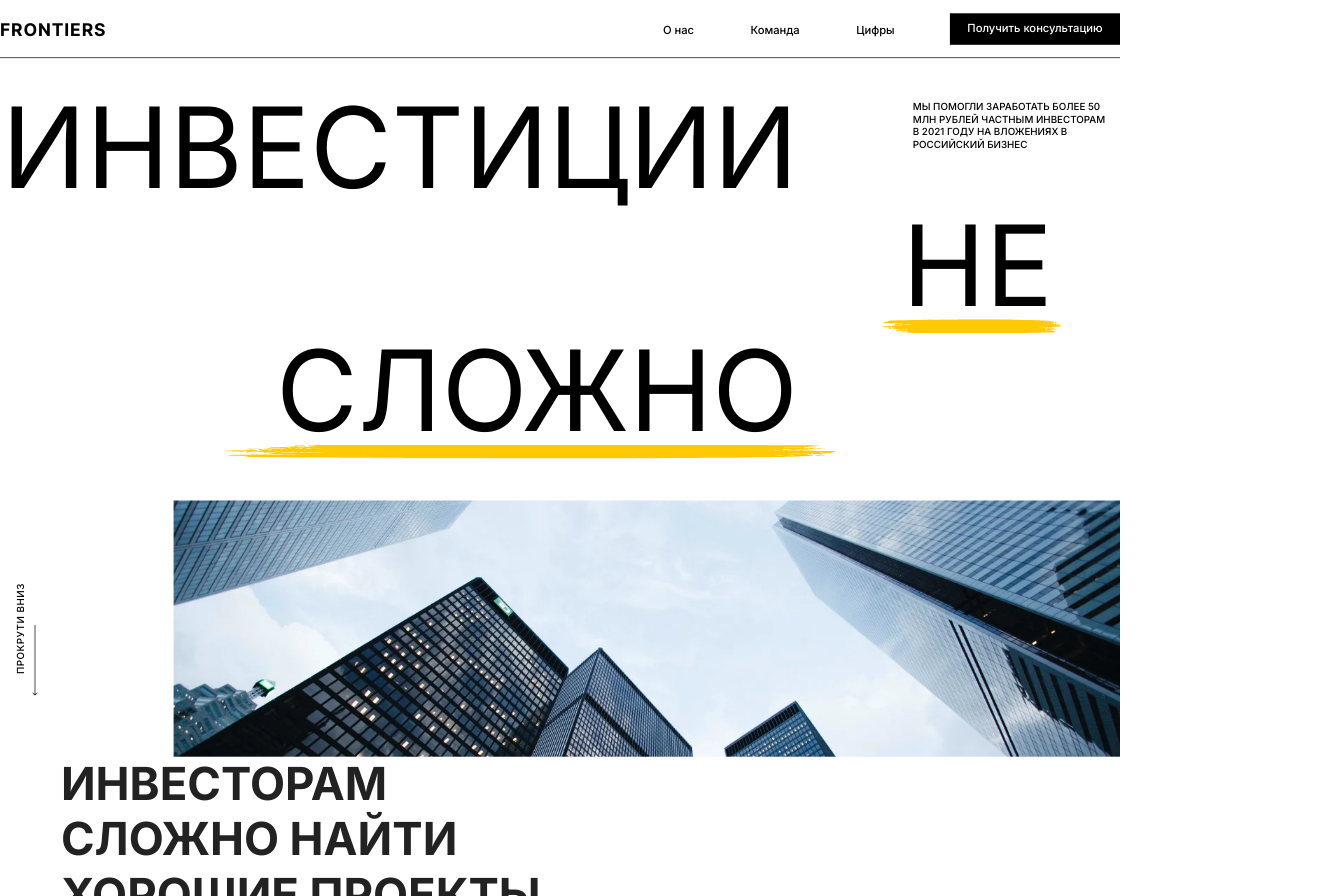
Repository: NadyaKorvin/frontiers
Page: /
An editor plug-in stored every save of this project. The page is shown before and after the next save, followed by the edit.
The browser window is 1280 px wide. The page is 1920 px wide, so the pictures cover 1920 px, including what lies to the right of the window. The pictures show the part of the page from y = 0 to 1280 px (the page is 2633 px tall), at 70% of full size.
The project was rebuilt for these pictures with package versions that can differ from the ones it lists, and the page was loaded fresh each time.

Above is the page before, as saved 2022-05-26 17:48:37.

### public/index.html
<!DOCTYPE html>
<html lang="en">
  <head>
    <meta charset="utf-8" />
    <link rel="icon" href="%PUBLIC_URL%/favicon.ico" />
    <meta name="viewport" content="width=device-width, initial-scale=1" />
    <meta name="theme-color" content="#000000" />
    <meta name="description" content="Web site created using create-react-app" />
    <link rel="apple-touch-icon" href="%PUBLIC_URL%/logo192.png" />
    <link rel="manifest" href="%PUBLIC_URL%/manifest.json" />
    <link rel="preconnect" href="https://fonts.googleapis.com" />
    <link rel="preconnect" href="https://fonts.gstatic.com" crossorigin />
    <link href="https://fonts.googleapis.com/css2?family=Inter:wght@300;400;500;700&display=swap" rel="stylesheet" />
    <title>FRONTIERS</title>
  </head>
  <body>
    <noscript>You need to enable JavaScript to run this app.</noscript>
    <div id="root"></div>
  </body>
</html>

### src/index.js
import React from "react"
import ReactDOM from "react-dom/client"

import App from "./App"

const root = ReactDOM.createRoot(document.getElementById("root"))
root.render(
  <React.StrictMode>
    <App />
  </React.StrictMode>
)

### src/App.js
import { useState } from "react";
import "./App.css";
import { SecondScreenAnimation } from "./components/secondScreen/SecondScreenAnimation";
import FirstScreen from "./components/firstScreen/FirstScreen";
import LastScreen from "./components/lastScreen/LastScreen";

function App() {
  const [mousePosition, setMousePosition] = useState("");

  const listenUpperMousePosition = (event) => {
    console.log(event);
    console.log(event.target);
    setMousePosition(event.target);
  };

  return (
    <>
      <FirstScreen />
      <div className="App">
        <SecondScreenAnimation listenMousePosition={listenUpperMousePosition} />
      </div>
      <LastScreen />
    </>
  );
}
export default App;

### src/App.css
@import url("./reset.css");
@import url("./components/secondScreen/SecondScreen.css");
@import url("./font/font.css");
@import url("./components/firstScreen/FirstScreen.css");
@import url("./components/lastScreen/LastScreen.css");
@import url("./components/button/Button.css");
@import url("./components/form/Form.css");

body {
  font-family: "Inter";
}

### src/components/secondScreen/SecondScreenAnimation.js
export function SecondScreenAnimation({ listenMousePosition, mousePosition }) {
  let goUp = ""
  const goUpBlackLines = (mousePosition) => {
    if (mousePosition === "animation__text_first_part") {
      goUp = "up"
      return goUp
    }
  }
  goUpBlackLines(mousePosition)
  console.log(goUp)
  return (
    <div className="animation__text_block">
      {goUp != "up" ? (
        <div>
          <div className="animation__text" onMouseOver={listenMousePosition}>
            <p className="animation__text_first_part">Инвесторам сложно найти хорошие проекты,</p>
            <p className="animation__text_second_part">а хорошим проектам — инвестиции.</p>
          </div>
          <div className="animation__black_lines">
            <div className="animation__1th_black_line"></div>
            <div className="animation__2th_black_line"></div>
            <div className="animation__3th_black_line"></div>
          </div>
        </div>
      ) : (
        <div>
          <div className="animation__text" onMouseOver={listenMousePosition}>
            <p className="animation__text_first_part" style={{ color: "#fff" }}>
              Инвесторам сложно найти хорошие проекты,
            </p>
            <p className="animation__text_second_part" style={{ color: "#000" }}>
              а хорошим проектам — инвестиции.
            </p>
          </div>
          <div className="animation__black_lines">
            <div className="animation__1th_black_line" style={{ width: "484px", marginTop: "-475px" }}></div>
            <div className="animation__2th_black_line" style={{ width: "586px" }}></div>
            <div className="animation__3th_black_line" style={{ width: "722px" }}></div>
          </div>
        </div>
      )}
    </div>
  )
}

### src/components/lastScreen/LastScreen.js
import React from "react";
import Form from "../form/Form"
import LogoKojo from "./LogoKojo"

export default function LastScreen() {
  return (
    <>
      <section className="lastscreen">
        <div className="lastscreen__wrapper">
          <div className="lastscreen__left_content">
            <p>
              ОТПРАВЬТЕ НАМ ЗАЯВКУ НА КОНСУЛЬТАЦИЮ И МЫ ПОДБЕРЕМ ДЛЯ ВАС
              НАИБОЛЕЕ ПОДХОДЯЩУЮ СТРАТЕГИЮ
            </p>
          </div>
          <div className="lastscreen__right_content">
            <div className="lastscreen__text_form">
              <p>ЗАПОЛНИТЕ ФОРМУ И МЫ С ВАМИ СВЯЖЕМСЯ В БЛИЖАЙШЕЕ ВРЕМЯ</p>
            </div>
            <Form />
          </div>
        </div>
        <footer className="lastscreen__footer">
          <div className="lastscreen__contact">
            <p>КОНТАКТЫ</p>
            <p>Санкт-Петербург, Невский пр-кт, 71 (5 этаж)</p>
            <p>+7 000 987 6543</p>
            <p><a href="mailto:info@frontiers.ru" >info@frontiers.ru</a></p>
          </div>
          <div className="lastscreen__design">
            <p>Дизайн и разработка</p>
            <LogoKojo />
          </div>
          <div className="lastscreen__frontiers">
            <p>FRONTIERS</p>
            <p>Политика конфиденциальности</p>
            <p>© 2022 Frontiers Group</p>
          </div>
        </footer>
      </section>
    </>
  );
}

### src/reset.css
html,
body,
div,
span,
applet,
object,
iframe,
h1,
h2,
h3,
h4,
h5,
h6,
p,
blockquote,
pre,
a,
abbr,
acronym,
address,
big,
cite,
code,
del,
dfn,
em,
img,
ins,
kbd,
q,
s,
samp,
small,
strike,
strong,
sub,
sup,
tt,
var,
b,
u,
i,
center,
dl,
dt,
dd,
ol,
ul,
li,
fieldset,
form,
label,
legend,
table,
caption,
tbody,
tfoot,
thead,
tr,
th,
td,
article,
aside,
canvas,
details,
embed,
figure,
figcaption,
footer,
header,
hgroup,
menu,
nav,
output,
ruby,
section,
summary,
time,
mark,
audio,
video {
  margin: 0;
  padding: 0;
  border: 0;
  font-size: 100%;
  font: inherit;
  vertical-align: baseline;
}

:focus {
  outline: 0;
}

article,
aside,
details,
figcaption,
figure,
footer,
header,
hgroup,
menu,
nav,
section {
  display: block;
}

body {
  line-height: 1;
}

ol,
ul {
  list-style: none;
}

blockquote,
q {
  quotes: none;
}

blockquote:before,
blockquote:after,
q:before,
q:after {
  content: "";
  content: none;
}

table {
  border-collapse: collapse;
  border-spacing: 0;
}

input[type="search"]::-webkit-search-cancel-button,
input[type="search"]::-webkit-search-decoration,
input[type="search"]::-webkit-search-results-button,
input[type="search"]::-webkit-search-results-decoration {
  -webkit-appearance: none;
  -moz-appearance: none;
}

input[type="search"] {
  -webkit-appearance: none;
  -moz-appearance: none;
  -webkit-box-sizing: content-box;
  -moz-box-sizing: content-box;
  box-sizing: content-box;
}

textarea {
  overflow: auto;
  vertical-align: top;
  resize: vertical;
}

[hidden] {
  display: none;
}

html {
  font-size: 100%; /* 1 */
  -webkit-text-size-adjust: 100%; /* 2 */
  -ms-text-size-adjust: 100%; /* 2 */
}

a:focus {
  outline: thin dotted;
}

a:active,
a:hover {
  outline: 0;
}

img {
  border: 0;
  -ms-interpolation-mode: bicubic;
}

figure {
  margin: 0;
}

form {
  margin: 0;
}

fieldset {
  border: 1px solid #c0c0c0;
  margin: 0 2px;
  padding: 0.35em 0.625em 0.75em;
}

legend {
  border: 0; /* 1 */
  padding: 0;
  white-space: normal; /* 2 */
  *margin-left: -7px; /* 3 */
}

button,
input,
select,
textarea {
  font-size: 100%; /* 1 */
  margin: 0; /* 2 */
  vertical-align: baseline; /* 3 */
  *vertical-align: middle; /* 3 */
}

button,
input {
  line-height: normal;
}

button,
select {
  text-transform: none;
}

button,
html input[type="button"], /* 1 */
input[type="reset"],
input[type="submit"] {
  -webkit-appearance: button; /* 2 */
  cursor: pointer; /* 3 */
  *overflow: visible; /* 4 */
}

button[disabled],
html input[disabled] {
  cursor: default;
}

input[type="checkbox"],
input[type="radio"] {
  box-sizing: border-box; /* 1 */
  padding: 0; /* 2 */
  *height: 13px; /* 3 */
  *width: 13px; /* 3 */
}

input[type="search"] {
  -webkit-appearance: textfield; /* 1 */
  -moz-box-sizing: content-box;
  -webkit-box-sizing: content-box; /* 2 */
  box-sizing: content-box;
}

input[type="search"]::-webkit-search-cancel-button,
input[type="search"]::-webkit-search-decoration {
  -webkit-appearance: none;
}

button::-moz-focus-inner,
input::-moz-focus-inner {
  border: 0;
  padding: 0;
}

textarea {
  overflow: auto; /* 1 */
  vertical-align: top; /* 2 */
}

table {
  border-collapse: collapse;
  border-spacing: 0;
}

html,
button,
input,
select,
textarea {
  color: #222;
}

::-moz-selection {
  background: #b3d4fc;
  text-shadow: none;
}

::selection {
  background: #b3d4fc;
  text-shadow: none;
}

img {
  vertical-align: middle;
}

fieldset {
  border: 0;
  margin: 0;
  padding: 0;
}

textarea {
  resize: vertical;
}

.chromeframe {
  margin: 0.2em 0;
  background: #ccc;
  color: #000;
  padding: 0.2em 0;
}

### src/components/secondScreen/SecondScreen.css
.second__screen {
  display: flex;
  justify-content: space-between;
  margin: 0 auto;
  margin-top: 174px;
  /* придкмать решение сделать по центру*/
  display: flex;
  width: 1600px;
  height: 733px;
}

.animation__text_block {
  display: block;
  margin-left: 87px;
}

.animation__text_first_part,
.animation__text_second_part {
  width: 770px;
  text-transform: uppercase;
  font-size: 65px;
  font-weight: 700;
  line-height: 79px;
  transition: 0.6s ease-out;
}

.animation__text_second_part {
  color: #fff;
}

.animation__black_lines {
  margin-left: -10px;
  margin-top: -236px;
}

.animation__1th_black_line {
  margin-bottom: 5px;
  height: 75px;
  width: 444px;
  background-color: #000;
  transition: 0.6s ease-out;
}

.animation__2th_black_line {
  margin-bottom: 5px;
  height: 75px;
  width: 475px;
  background-color: #000;
  transition: 0.6s ease-out;
}
.animation__3th_black_line {
  height: 75px;
  width: 502px;
  background-color: #000;
  transition: 0.6s ease-out;
}

.right__part {
  display: flex;
  margin-left: 190px;
  flex-direction: column;
}

.conversation__image {
  margin-right: 222px;
  display: block;
  width: 400px;
  height: 400px;
  background: url("../secondScreen/people.png");
}

.decoration_marks {
  margin-top: -110px;
  transform: rotate(-180deg);
  font-size: 200px;
  font-weight: 300;
}

.text_paragraph {
  margin-left: 90px;
  width: 431px;
  font-size: 18px;
  font-weight: 400;
  line-height: 23px;
  text-transform: uppercase;
  line-height: 130%;
}

### src/font/font.css
@font-face {
  font-family: "Inter";
  src:
    url("./Inter-Bold.ttf") format("truetype")
    url("./Inter-Bold.woff2") format("woff2"),
    url("./Inter-Bold.woff") format("woff");
  font-weight: 700;
  font-style: normal;
  font-stretch: normal;
  unicode-range: U+0020-E0D0;
}

@font-face {
  font-family: "Inter";
  src:
    url("./Inter-Regular.woff2") format("woff2"),
    url("./Inter-Regular.ttf") format("truetype")
    url("./Inter-Regular.woff") format("woff");
  font-weight: 400;
  font-style: normal;
  font-stretch: normal;
  unicode-range: U+0020-E0D0;
}

@font-face {
    font-family:'Inter Medium';
    src:
        url("./Inter-Medium.ttf") format("truetype")
        url('Inter-Medium.woff2') format('woff2'),
		url('Inter-Medium.woff') format('woff');
    font-weight: 500;
    font-style: normal;
    font-stretch: normal;
    unicode-range: U+0020-E0D0;
}

@font-face {
    font-family:'Inter Light';
    src:
        url("./Inter-Light.ttf") format("truetype")
        url('Inter-Light.woff2') format('woff2'),
		url('Inter-Light.woff') format('woff');
    font-weight: 300;
    font-style: normal;
    font-stretch: normal;
    unicode-range: U+0020-E0D0;
}

### src/components/firstScreen/FirstScreen.css
.firstscreen {
  height: 1080px;
}

.firstscreen__header {
  width: 1600px;
  height: 82px;
  margin: 0 auto;
  border-bottom: 1px solid #000000;
  display: flex;
  justify-content: space-between;
}

.firstscreen__logotype {
  width: 151px;
  height: 30px;
  padding-top: 27px;
  font-family: "Inter";
  font-style: normal;
  font-weight: 700;
  font-size: 25px;
  line-height: 30px;
  letter-spacing: 0.05em;
  color: #000000;
}

.firstscreen__menu {
  width: 653px;
  display: flex;
  justify-content: space-between;
}

.firstscreen__nav {
  margin-top: 33px;
  width: 331px;
}

.firstscreen__nav_team {
  display: flex;
  justify-content: space-between;
  font-family: "Inter";
  font-style: normal;
  font-weight: 500;
  font-size: 16px;
  line-height: 19px;
  color: #000000;
}

.firstscreen__button {
  margin-top: 19px;
  width: 243px;
  height: 45px;
  background: #000000;
}

.firstscreen__text_btn {
  padding-top: 12px;
  padding-bottom: 12px;
  font-family: "Inter";
  font-style: normal;
  font-weight: 500;
  font-size: 16px;
  line-height: 19px;
  text-align: center;
  color: #ffffff;
}

.firstscreen__content {
  margin: 0 auto;
  width: 1600px;
  margin-top: 30px;
  display: flex;
}

.firstscreen__content_left_text {
  width: 1140px;
  height: 542px;
  display: flex;
  flex-direction: column;
  justify-content: space-between;
  text-align: end;
  font-family: "Inter";
  font-style: normal;
  font-weight: 400;
  font-size: 160px;
  line-height: 194px;
  text-transform: uppercase;
  color: #000000;
}

.firstscreen__content_vector_complex {
  margin-top: -20px;
  margin-left: 320px;
  width: 874px;
  height: 20px;
  background: url("./complex.svg");
}

.firstscreen__content_rihgt_text {
  margin-top: 30px;
  margin-left: 164px;
  width: 279px;
  height: 332px;
}

.firstscreen__content_rihgt_text_up {
  font-family: "Inter";
  font-style: normal;
  font-weight: 500;
  font-size: 14px;
  line-height: 130%;
  text-transform: uppercase;
  color: #000000;
}

.firstscreen__content_rihgt_text_down {
  margin-top: 66px;
  margin-left: -15px;
  width: 215px;
  height: 194px;
  font-family: "Inter";
  font-style: normal;
  font-weight: 400;
  font-size: 160px;
  line-height: 194px;
  text-transform: uppercase;
  color: #000000;
}

.firstscreen__content_vector_not {
  margin-top: -20px;
  margin-left: -30px;
  width: 256px;
  height: 20px;
  background: url(./not.svg);
}

.firstscreen__content_bottom_content {
  margin: 0 auto;
  margin-top: 60px;
  width: 1600px;
  display: flex;
  justify-content: space-between;
}

.firstscreen__content_bottom_content_left {
  display: flex;
}

.firstscreen__content_bottom_content_left_scrolldown {
  margin-left: 139px;
  font-family: "Inter";
  font-style: normal;
  font-weight: 500;
  font-size: 14px;
  line-height: 17px;
  letter-spacing: 0.05em;
  color: #000000;
  transform: rotate(-90deg);
}

.firstscreen__content_pointer {
  margin-top: 178px;
  margin-left: -223px;
}

.firstscreen__content_bottom_content_right {
  max-width: 1352px;
  max-height: 366px;
}

.firstscreen__img {
  left: 160px;
  width: 1352px;
  height: 366px;
  background: url(./image.webp);
}

### src/components/lastScreen/LastScreen.css
.lastscreen {
  width: 1920px;
  height: 1080px;
}

.lastscreen__wrapper {
  position: relative;
  top: 109px;
  left: 170px;
  display: flex;
  justify-content: space-between;
  width: 1590px;
  height: 553px;
}

.lastscreen__left_content {
  position: relative;
  width: 775px;
  height: 553px;
  box-sizing: border-box;
  font-family: "Inter";
  font-style: normal;
  font-weight: 700;
  font-size: 65px;
  line-height: 79px;
  text-transform: uppercase;
  color: #000000;
}

.lastscreen__right_content {
  position: relative;
  width: 529px;
  height: 553px;
}

.lastscreen__text_form {
  width: 529px;
  height: 46px;
  left: 1231px;
  top: 4438px;
  font-family: "Inter";
  font-style: normal;
  font-weight: 400;
  font-size: 18px;
  line-height: 130%;
  text-transform: uppercase;
  color: #000000;
}

.lastscreen__footer {
  position: relative;
  margin: 308px 160px 0;
  width: 1600px;
  border-top: 1px solid #000000;
  bottom: 0px;
  display: flex;
  justify-content: space-between;
}

.lastscreen__contact {
  width: 357px;
}

.lastscreen__contact > p:nth-child(1) {
  padding: 33px 0 20px;
  font-family: "Inter";
  font-style: normal;
  font-weight: 700;
  font-size: 25px;
  line-height: 30px;
  color: #000000;
}

.contact > p:nth-child(2),
.contact > p:nth-child(3),
.contact > p:nth-child(4) {
  padding-bottom: 15px;
}

.design {
  padding-top: 150px;
  width: 260px;
  display: flex;
  margin-left: -80px;
  justify-content: space-between;
}

.frontiers {
  width: 250px;
  text-align: end;
}

.lastscreen__frontiers > p:nth-child(1) {
    padding: 30px 0 57px;
    font-family: "Inter";
    font-style: normal;
    font-weight: 700;
    font-size: 25px;
    line-height: 30px;
    color: #000000;
  }

.lastscreen__frontiers > p:nth-child(2),
.lastscreen__frontiers > p:nth-child(3) {
    padding-bottom: 15px;
}

a {
    text-decoration: none;
    color: #000000;
}

### src/components/button/Button.css
.form__button {
  position: relative;
  display: block;
  width: 243px;
  height: 55px;
  font-family: "Inter";
  font-size: 16px;
  background-color: #000000;
  border: 0;
  text-align: center;
  cursor: pointer;
  font-family: "Inter";
  font-style: normal;
  font-weight: 500;
  font-size: 16px;
  line-height: 19px;
  color: #ffffff;
}

### src/components/form/Form.css
.form {
  margin-top: 60px;
  width: 529px;
  height: 355px;
  border-top: 1px solid #d1d1d1;
}

.form__input,
.form__textarea {
  width: 529px;
  height: 80px;
  border: 0;
  outline: none;
  font-size: 18px;
  color: #000000;
  text-transform: uppercase;
}

.form__textarea {
  height: 80px;
  line-height: 80px;
  overflow: hidden;
  /* resize: none; */
}

.form__borders {
  border-bottom: 1px solid #d1d1d1;
}

.form__consent {
  display: -webkit-box;
  display: -ms-flexbox;
  display: flex;
  margin: 30px 0 0;
}

.form__policy_text {
  margin-top: 15px;
  margin-left: 15px;
  width: 250px;
  height: 40px;
  box-sizing: border-box;
  font-family: "Inter";
  font-style: normal;
  font-weight: 400;
  font-size: 13px;
  line-height: 150%;
  color: #787878;
}

.form__checkbox {
  opacity: 0;
  width: 0;
}

.form__checkfake {
  margin: 15px 0;
  display: block;
  width: 15px;
  height: 15px;
  border: 1px solid #1f1f1f;
  cursor: pointer;
}

.form__checkfake::before {
  content: "";
  position: absolute;
  display: block;
  width: 14px;
  height: 14px;
  background: url("./checkmark.svg");
  opacity: 0;
}

.form__checkbox:checked + .form__checkfake::before {
  opacity: 1;
}

.form__focus {
  text-transform: uppercase;
  color: #ff0000;
  margin-bottom: 10px;
  font-size: 13px;
}

.form__focus_consent {
  position: relative;
  top: 10px;
  text-transform: uppercase;
  color: #ff0000;
  font-size: 13px;
}

.form__btn {
    margin-top: 14px;
  position: relative;
  overflow: hidden;
}

### src/components/button/Button.js
import React from "react";

export default function Button({ title }) {
  return (
    <>
      <button className="form__button" >
        {title}
      </button>
    </>
  );
}

Loaded but not shown: src/components/lastScreen/LogoKojo.js (76 lines, source omitted); src/components/form/Form.js (142 lines, source omitted); src/components/firstScreen/FirstScreen.js (73 lines, source omitted)

After the next save:
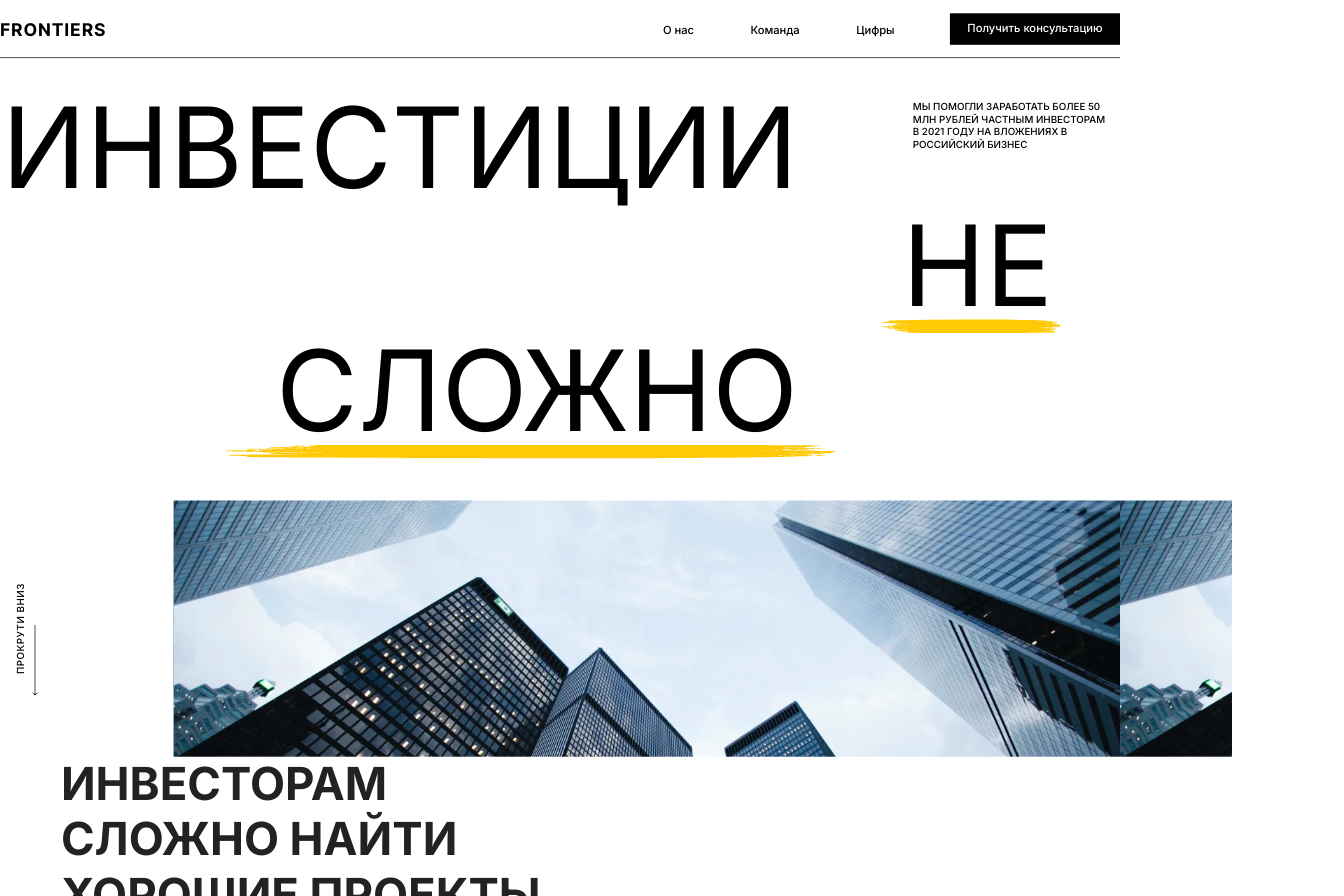
Saved 16 s later.
--- a/src/components/firstScreen/FirstScreen.css
+++ b/src/components/firstScreen/FirstScreen.css
@@ -170,7 +170,7 @@
 }
 
 .firstscreen__img {
-  left: 160px;
+  padding-left: 160px;
   width: 1352px;
   height: 366px;
   background: url(./image.webp);

After the save that followed:
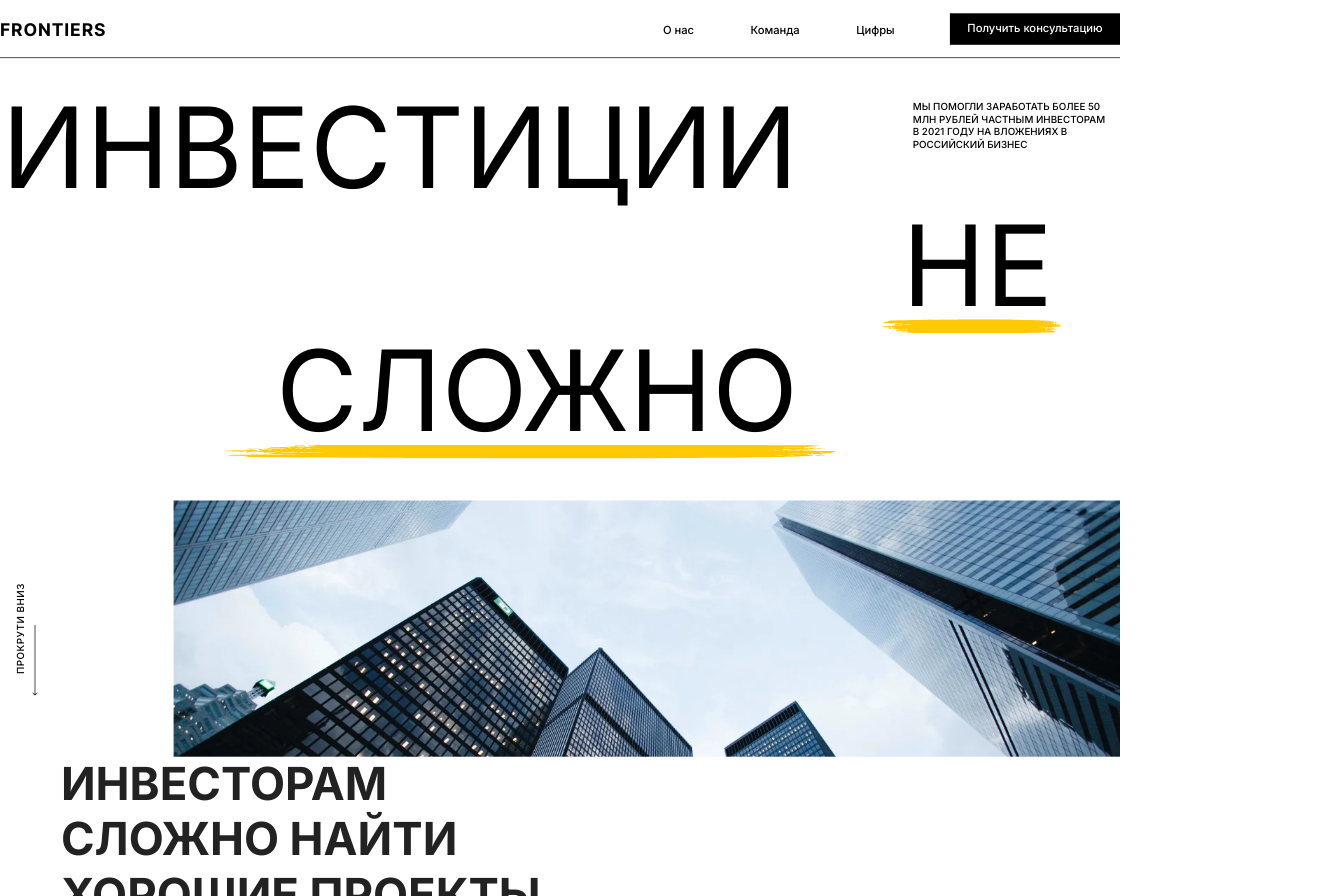
Saved 20 s later.
--- a/src/components/firstScreen/FirstScreen.css
+++ b/src/components/firstScreen/FirstScreen.css
@@ -165,12 +165,12 @@
 }
 
 .firstscreen__content_bottom_content_right {
+  padding-left: 160px;
   max-width: 1352px;
   max-height: 366px;
 }
 
 .firstscreen__img {
-  padding-left: 160px;
   width: 1352px;
   height: 366px;
   background: url(./image.webp);
